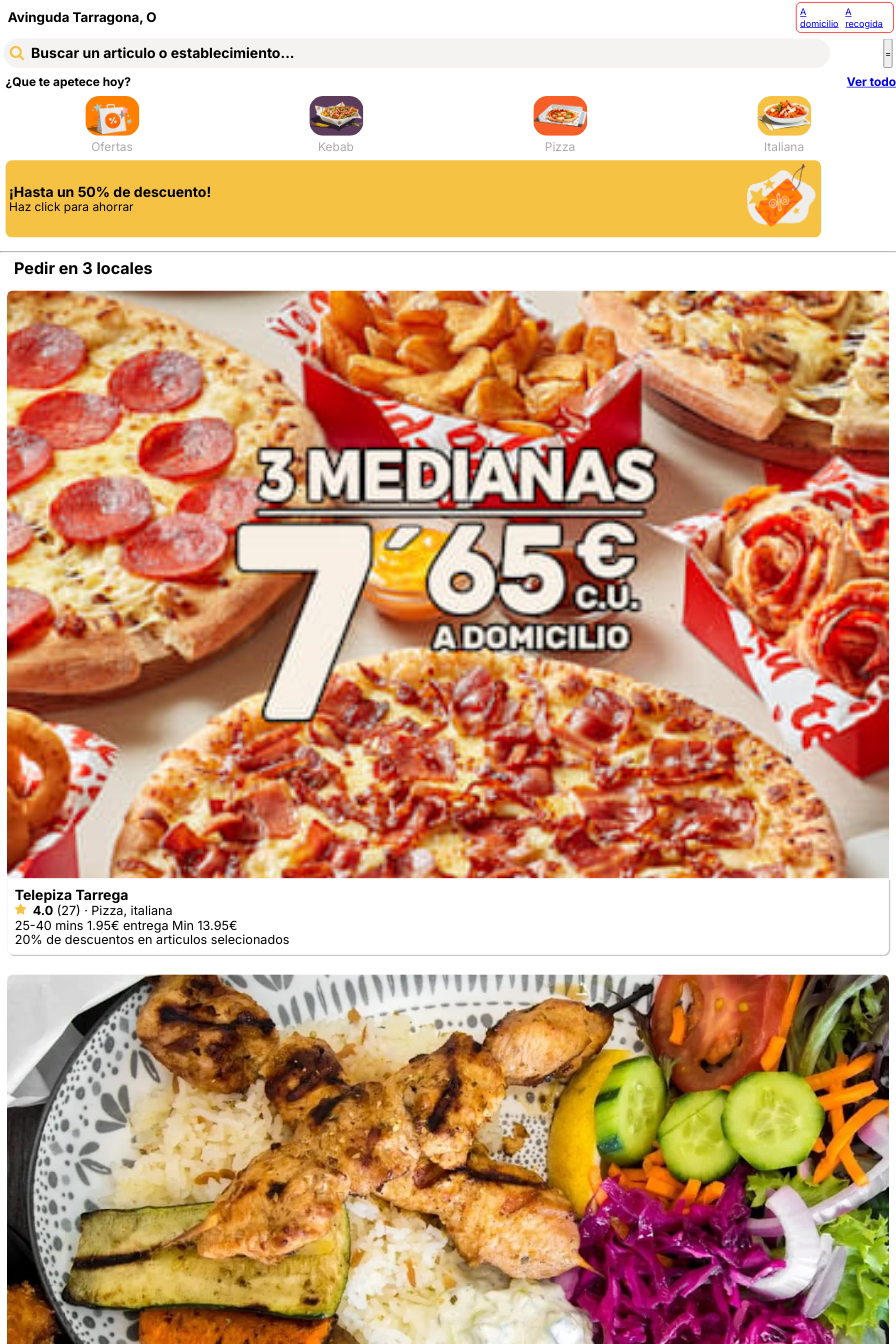
Repository: Srpinedaa/justEat
Page: index.html
An editor plug-in stored every save of this project. The page is shown before and after the next save, followed by the edit.
The browser window is 1280 px wide. The pictures show the part of the page from y = 0 to 1920 px (the page is 2737 px tall before and 2747 px after), at 70% of full size.

Above is the page before, as saved 2024-10-10 16:34:00.

### index.html
<!DOCTYPE html>
<html lang="en">

<head>
    <meta charset="UTF-8">
    <meta name="viewport" content="width=, initial-scale=1.0">
    <title>Just Eat</title>
    <link
        href="https://fonts.googleapis.com/css2?family=Inter:ital,opsz,wght@0,14..32,100..900;1,14..32,100..900&display=swap"
        rel="stylesheet">
    <link rel="stylesheet" href="https://cdnjs.cloudflare.com/ajax/libs/font-awesome/4.7.0/css/font-awesome.min.css">
    <link rel="stylesheet" href="css/estilos.css">
</head>

<body>
    <div id="all">
        <header>
            <div id="navDireccion">
                <h2 class="direccion">Avinguda Tarragona, O</h2>
                <div class="formaPedido">
                    <a href="#">A domicilio</a>
                    <a href="#">A recogida</a>
                </div>
            </div>

            <div id="navBuscador">
                <div class="buscadorInput">
                    <div class="buscador">
                        <i class="fa fa-search"></i>
                        <p>Buscar un articulo o establecimiento...</p>
                    </div>

                </div>
                <button>=</button>
            </div>
        </header>
        <main>
            <div id="contenido">
                <div id="bloque1">
                    <section class="bloque1Sesion1">
                        <h4>¿Que te apetece hoy?</h4>
                        <h4><a href="#">Ver todo</a></h4>
                    </section>
                    <section class="bloque1Sesion2">
                        <div class="fotoComida ofertas">
                            <img src="img/ofertas.png" alt="ofertas">
                            <p>Ofertas</p>
                        </div>
                        <div class="fotoComida kebab">
                            <img src="img/kebab.png" alt="kebab">
                            <p>Kebab</p>
                        </div>
                        <div class="fotoComida italiana">
                            <img src="img/pizza.png" alt="italiana">
                            <p>Pizza</p>
                        </div>
                        <div class="fotoComida pizza">
                            <img src="img/italiana.png" alt="pizza">
                            <p>Italiana</p>
                        </div>
                    </section>
                </div>
                <div id="bloque2">
                    <div id="slideShow">
                        <div class="descuentoTexto">
                            <h3>¡Hasta un 50% de descuento!</h3>
                            <p>Haz click para ahorrar</p>
                        </div>
                        <div class="descuentoImg">
                            <img src="img/descuento.PNG" alt="descuentos">
                        </div>
                    </div>
                </div>
                <hr>
                <div id="bloque3">
                    <h2>Pedir en 3 locales</h2>
                    <section class="bloquePedidos">
                        <div class="pedido">
                            <div class="imagenPedido">
                                <img src="img/pizza.jpg" alt="pizza">
                            </div>
                            <div class="informacionPedido">
                                <h5>Telepiza Tarrega</h5>
                                <div class="opiniones">
                                    <i class="fa fa-star"></i>
                                    <p>4.0</p>
                                    <p>(27)</p>
                                    <p> · Pizza, italiana</p>
                                </div>
                                <p>25-40 mins 1.95€ entrega Min 13.95€</p>
                                <p>20% de descuentos en articulos selecionados</p>
                            </div>
                        </div>
                        <div class="pedido">
                            <div class="imagenPedido">
                                <img src="img/combinat.webp" alt="pizza">
                            </div>
                            <div class="informacionPedido">
                                <h5>Bon sabor</h5>
                                <div class="opiniones">
                                    <i class="fa fa-star"></i>
                                    <p>4.5</p>
                                    <p>(26)</p>
                                </div>
                                <p>Kebab, pizza</p>
                                <p>929 m</p>
                            </div>
                        </div>
                        <div class="pedido">
                            <div class="imagenPedido">
                                <img src="img/doner.webp" alt="pizza">
                            </div>
                            <div class="informacionPedido">
                                <h5>Doner Kebab Rey</h5>
                                <div class="opiniones">
                                    <i class="fa fa-star"></i>
                                    <p>3.7</p>
                                    <p>(3)</p>
                                    <p>Kebab, pizza</p>
                                </div>
                                <p>1.6km</p>
                            </div>
                        </div>
                    </section>
                </div>
            </div>
        </main>
        <footer>
            <div class="">
                <i class=""></i>
                <i class=""></i>
                <i class=""></i>
                <i class=""></i>
            </div>
        </footer>
    </div>
</body>

</html>

### css/estilos.css
*{
    margin: 0;
    padding: 0;
    box-sizing: border-box;
    font-family: "Inter", sans-serif;
}

html{
    font-size: 62.5%;
}

#all{
    /* border: 1px solid red; */
    overflow: hidden;
    min-width: 54rem;
}

#navDireccion{
    /* border: 1px solid green; */
    display: flex;
    justify-content: space-between;
    margin-bottom: 9px;
    padding: 3px;
    align-items: center;
    margin: 0;
}

.direccion{
    margin-left: 8px;
    font-size: 1.9rem;
    font-weight:bolder;
    color: black;
}

#navBuscador{
    padding: 5px;
    /* border: 1px solid blue; */
    display: flex;
    justify-content: space-between;
}

.buscadorInput{
    width: 93%;
    border-radius: 3rem;
    padding: 8px;
    border: 1px solid #f5f3f1;
    background-color: #f5f3f1;
    font-size: 2rem;
    font-weight: bolder;
    display: flex;
    justify-content: start;
}

.buscador{
    display: flex;
}

.fa-search{
    color: #f6c243;
    font-size: 2.2rem;
    margin-right: 1rem;
}

.fotoComida img{
    width: 100%;
    height: 100%;
    /* border: 1px solid salmon; */
}

.ofertas img,
.kebab img,
.italiana img,
.pizza img{
    border-radius: 2rem;
    width: 7.7rem;
}

.ofertas img{
    background-color: #ff8000;
}

.kebab img{
    background-color: #5b3d5b;

}

.pizza img{
    background-color: #f6c243;

}

.italiana img{
    background-color: #f75e28;

}

.fotoComida p{
    margin: 5px 0;
    color: #aca9a9;
    font-size: 1.7rem;
    font-weight: 600px;
}

#slideShow{
    width: 91%;
    height: 11rem;
    margin-left: 8px;
    margin-bottom: 2rem;
    padding: 5px;
    display: flex;
    justify-content: space-between;
    background-color: #f6c243;
    border-radius: 9px;
}

#slideShow img{
    width: 100%;
    height: 100%;
}

.descuentoTexto{
    display: flex;
    flex-direction: column;
    margin: auto 0;
}

.descuentoTexto h3{
    font-weight: bolder;
    font-size: 2rem;
}

.descuentoTexto p{
    font-size: 1.7rem;
}

.formaPedido{
    border: 1px solid red;
    border-radius: 7px;
    padding: 5px;
    width: 14rem;
    padding: 5px;
    display: flex;
    flex-direction: row;

}

.formaPedido a{
    font-size: 1.3rem;
}

#contenido{
    /* border: 1px solid green; */
}

#bloque1{
    /* border: 1px solid blue; */
    display: flex;
    flex-direction: column;
}

.bloque1Sesion1{
    /* border: 1px solid pink; */
    display: flex;
    justify-content: space-between;
}

.bloque1Sesion1 h4{
    font-size: 1.7rem;
    margin: 5px 0;
}

.bloque1Sesion1 h4:first-child{
    margin-left: 8px;
}

.bloque1Sesion2{
    /* border: 1px solid brown; */
    display: flex;
    width: 100%;
    justify-content: space-around;
}

.fotoComida{
    width: 100%;
    height: auto;
    padding: 5px;
    display: flex;
    flex-direction: column;
    align-items: center;
}

#bloque3{
    margin-top: 8px;
}

#bloque3 h2{
    margin-bottom: 8px;
    margin-left: 2rem;
    font-size: 2.3rem;
}

.bloquePedidos{
    /* border: 1px solid blue; */
    display: flex;
    flex-direction: column;
}

.pedido{
    width: 100%;
    padding: 1rem;
    /* height: auto; */
    /* border: 1px solid green; */
    display: flex;
    flex-direction: column;
    border-radius: 8px;
    margin-bottom: 8px;
}

.imagenPedido{
    width: 100%;
    /* border: 1px solid red; */
    display: flex;
    justify-content: center;
    align-items: center;
    overflow: hidden;
    border-top-right-radius: 9px;
    border-top-left-radius: 9px;
    margin: 0 auto;
    /* position: relative; */
}

.imagenPedido img{
    width: 100%;
    height: auto;
}

.informacionPedido{
    width: 100%;
    display: flex;
    flex-direction: column;
    flex-wrap: wrap;
    margin: 0 auto;
    padding: 1rem;
    border-bottom-left-radius: 9px;
    border-bottom-right-radius: 9px;
    border: 1px solid #f2f2f2;
    box-shadow: 1.8px 1.8px #cac9c9;
    font-size: 1.8rem;
}

.fa-star{
   color: #f6c243;
   margin-right: 9px;
}

.informacionPedido h5{
    width: 100%;
    font-size: 2rem;
}

.informacionPedido p:last-child{
    width: 100%;
}

.opiniones{
    display: flex;
}

.opiniones p{
    margin-right: 5px;
}

.opiniones p:nth-child(2){
    font-weight: bold;
}

After the next save:
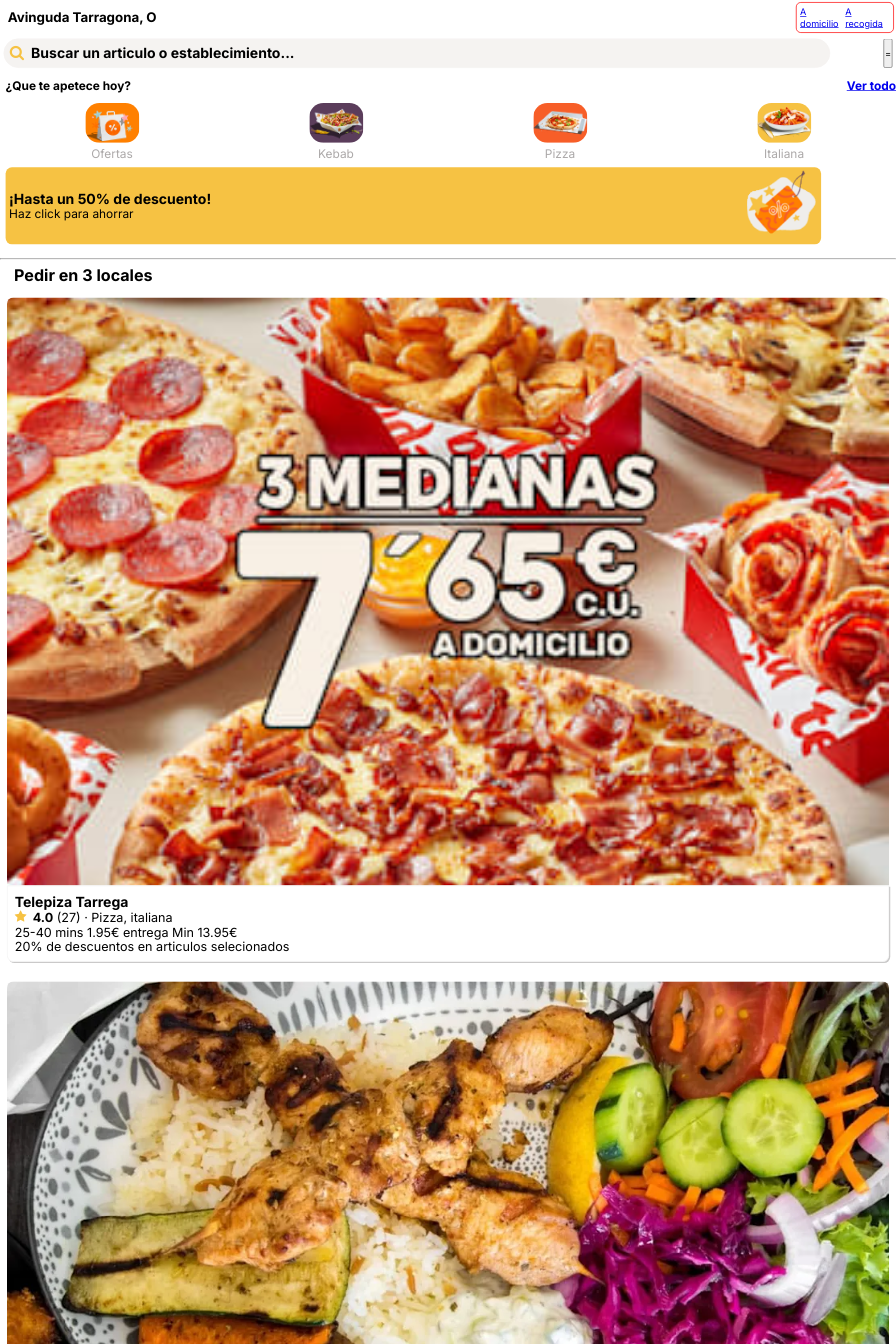
Saved 62 s later.
--- a/css/estilos.css
+++ b/css/estilos.css
@@ -166,7 +166,7 @@
 
 .bloque1Sesion1 h4{
     font-size: 1.7rem;
-    margin: 5px 0;
+    margin: 1rem 0;
 }
 
 .bloque1Sesion1 h4:first-child{
